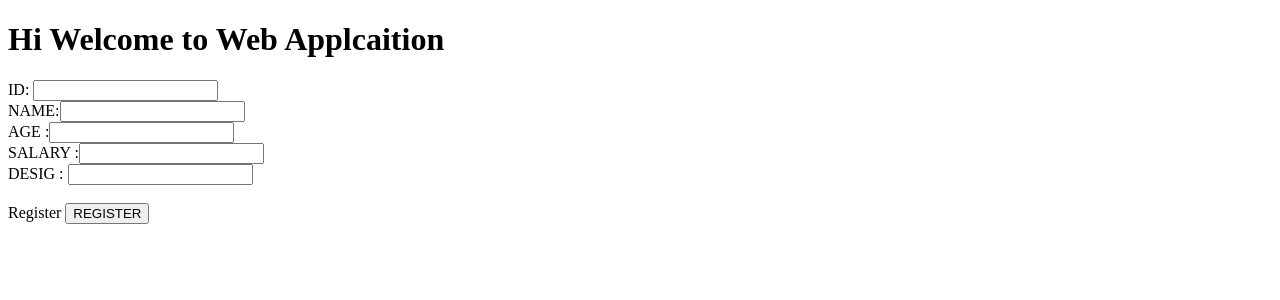
Repository: Thaneshwara848/TCS_B1
Page: WebDemo1/src/main/webapp/Register.html
These files come from the project's save history. The page is drawn as it stood at one moment and after the next save; the edit follows.
The browser window is 1280 px wide. The pictures show the whole page.

Above is the page before, as saved 2022-11-14 04:09:19.

### WebDemo1/src/main/webapp/Register.html
<!DOCTYPE html>
<html>
<head>
<meta charset="UTF-8">
<title>Insert title here</title>
</head>
<body>
	<h1> Hi Welcome to Web Applcaition </h1>

	ID: <input type="text" > <br>
	NAME:<input type="text" ><br>
	AGE :<input type="text" ><br>
	SALARY :<input type="text" ><br>
	DESIG : <input type="text" ><br><br>

	Register <input type="submit"  value="REGISTER">



</body>
</html>

After the next save:
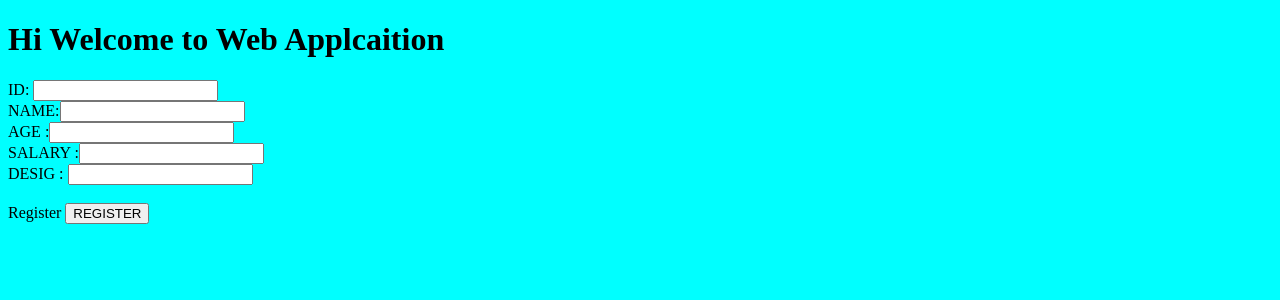
Saved 14 s later.
--- a/WebDemo1/src/main/webapp/Register.html
+++ b/WebDemo1/src/main/webapp/Register.html
@@ -4,7 +4,7 @@
 <meta charset="UTF-8">
 <title>Insert title here</title>
 </head>
-<body>
+<body bgcolor="cyan">
 	<h1> Hi Welcome to Web Applcaition </h1>
 
 	ID: <input type="text" > <br>
